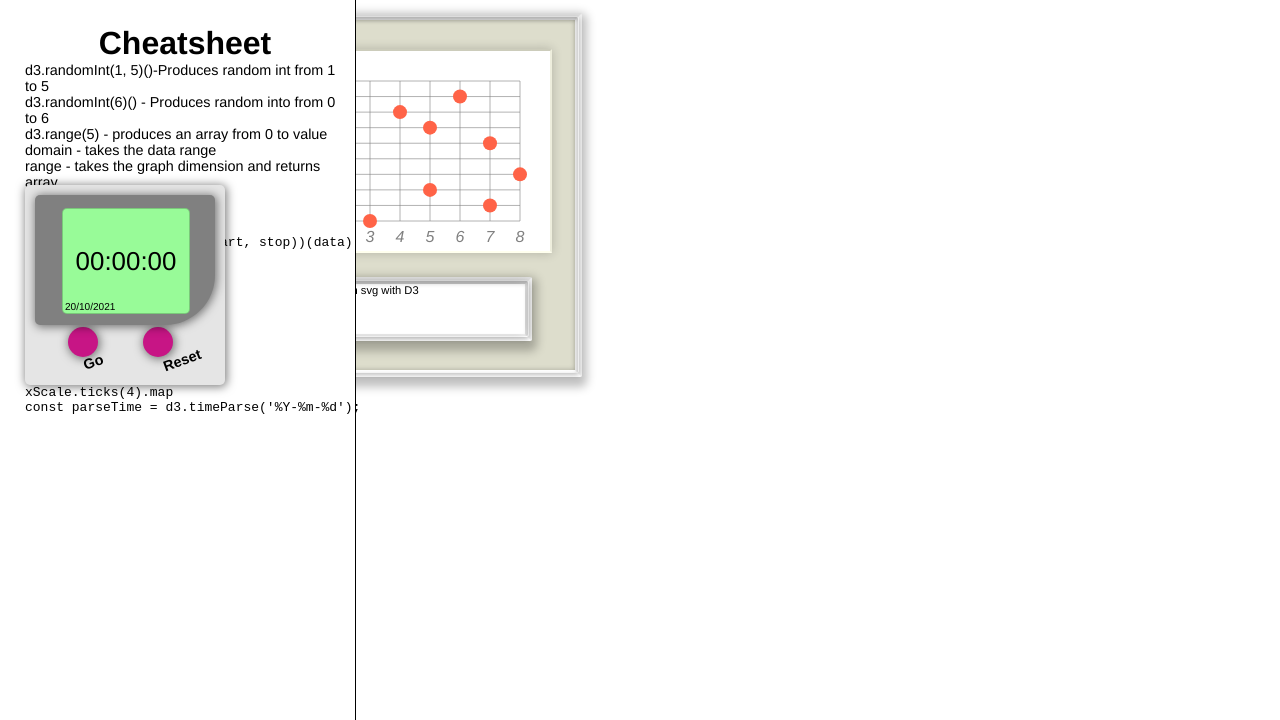
Repository: Lewisjohnward/100-days-of-d3
Page: /
The author's editor kept a copy of each file at every save. The page is drawn from the files as they stood at one save, then again after the next save.
The browser window is 1280 px wide. The pictures show the whole page.
The page's requests for data from a server got no answer. An inner scrolling area shows only its first screen. The project was rebuilt for these pictures with package versions that can differ from the ones it lists, and the page was loaded fresh each time. No one was signed in, and anything a server would have sent is missing. Also part of the build but not shown: src/charts/chart2/useGetData.js, src/charts/chart2/styles.js, src/charts/chart2/Chart.js, src/charts/chart3/useGetData.js, src/charts/chart3/styles.js, src/charts/chart3/Chart.js, src/charts/chart4/useGetData.js, src/charts/chart4/styles.js and 4 more.

Above is the page before, as saved 2021-10-20 15:31:05.

After the next save:
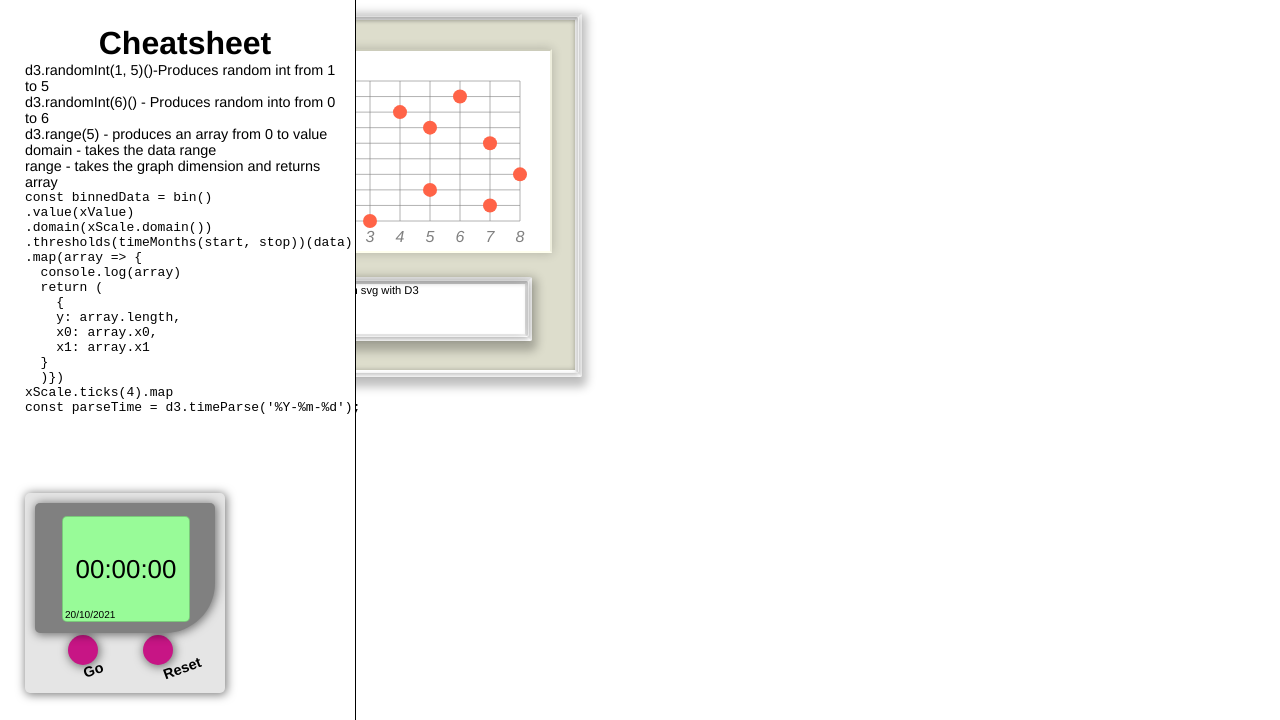
Saved 4 s later.
--- a/src/components/Timer.js
+++ b/src/components/Timer.js
@@ -3,7 +3,7 @@ import styled, { keyframes } from "styled-components";
 
 const Icon = styled.div`
   position: absolute;
-  bottom: 50%;
+  bottom: 10%;
   height: 200px;
   width: 200px;
   padding: 0px;
